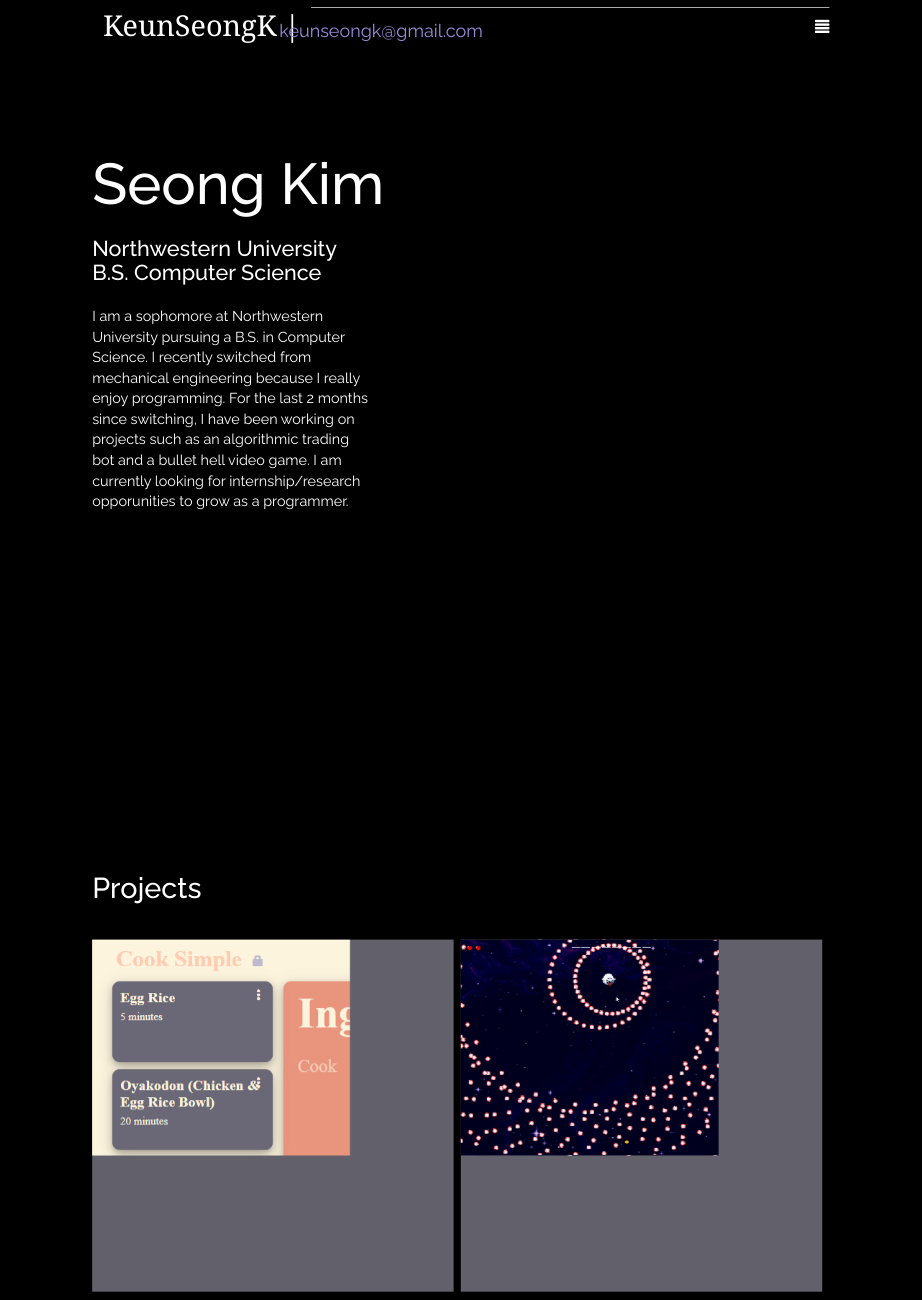
Repository: oqueuo/personal-site
Page: index.html
These files come from the project's save history. The page is drawn as it stood at one moment and after the next save; the edit follows.
The browser window is 1280 px wide. The pictures show the whole page, at 72% of full size.

Above is the page before, as saved 2020-09-21 18:07:12.

### index.html
<!-- Accountability, Balance, Trustworthiness -->
<!DOCTYPE html>
<html lang="en">
  <head>
    <title>Seong Kim</title>
    <meta charset="UTF-8">
    <meta name="viewport" content="width=device-width, initial-scale=1.0">

    <script src="https://ajax.googleapis.com/ajax/libs/jquery/3.5.1/jquery.min.js"></script>
    <script src="https://maxcdn.bootstrapcdn.com/bootstrap/3.4.1/js/bootstrap.min.js"></script>
    <link rel="stylesheet" href="https://maxcdn.bootstrapcdn.com/bootstrap/3.4.1/css/bootstrap.min.css">
    <link rel="stylesheet" href="styles.css">
    <script src="scripts.js"></script>
  </head>

  <body>
    <main>
      <header>
        <h1 id="navbar-brand"><a href="index.html" class="navbar-brand">KeunSeongK |</a></h1>
        <a id="email" href = "mailto: abc@example.com">keunseongk@gmail.com</a>
        <ul>
          <li><span id="pulldown-btn" class="glyphicon glyphicon-align-justify"></span>
            <ul id="nav-pulldown">
              <li class="navbar-item"><a class="nav-link" href=#about></a></li>
              <li class="navbar-item" style="padding-right:100px;"><a class="nav-link" href="resume.html">Resume</a></li>
              <li class="navbar-item"><a class="nav-link" href="https://github.com/oqueuo">GitHub</a></li>
              <li class="navbar-item"><a class="nav-link" href="https://www.linkedin.com/in/seong-kim-a0a989160/">LinkedIn</a></li>
            </ul>
          </li>
        </ul>

      </header>
      <section id="horizontal-line"></section>
        <hr>
      </section>
      <!-- About me -->
      <section id="about">

        <div id="about-text">
          <h1>Seong Kim</h1>
          <h2>Northwestern University<br>B.S. Computer Science</h2>
          <p>I am a sophomore at Northwestern University pursuing
            a B.S. in Computer Science. I recently switched from mechanical engineering
            because I really enjoy programming. For the last 2 months since switching,
            I have been working on projects such as an algorithmic trading bot and a
            bullet hell video game. I am currently looking for internship/research
            opporunities to grow as a programmer.
          </p>
        </div>
      </section>

      <h1 id="projects-header">Projects</h1>

      <!-- Projects: Filled in with JS template -->
      <section id="projects">
      </section>

    </main>
  </body>
  <script>
    render_projects(projects, "#projects");
  </script>
</html>

### styles.css
@import url('https://fonts.googleapis.com/css2?family=Raleway:ital,wght@0,100;0,200;0,300;0,400;0,500;0,600;0,700;0,800;0,900;1,100;1,200;1,300;1,400;1,500;1,600;1,700;1,800;1,900&display=swap');
/* Global styles
------------------------------------*/
* {
    /* Remove Chrome default margins */
    margin: 0 !important;
    font-family: 'Raleway', sans-serif;
}
body {
    background: black;
    display: flex;
    justify-content: center;
}
main {
    position: relative;
    width: 80vw;
    display: block;
    /* background: saddlebrown; */
    margin-left: auto;
    margin-right: auto;
}


/* NAVBAR */
header {
    color: white;
    padding-top: 10px;
    position: relative;
    width: inherit;
}
header>a {
    position: absolute;
    font-size: 25px;
    left: 260px;
    top: 25px;
}
header ul {
    position: absolute;
    top: 25px;
    right: 0px;
}
#navbar-brand {

}
.navbar-brand {
    text-decoration: none;
    font-size: 40px !important;
    color: white;
    font-family: Cambria, Cochin, Georgia, Times, 'Times New Roman', serif !important;
}

.navbar-item {
    display: inline;
    font-size: 25px;
    padding-right: 15px;
}
ul a, #email, .more-info-on-github {
    text-decoration: none;
    color: rgb(153, 140, 218);
}

ul a:hover, #email:hover, .more-info-on-github:hover {
    opacity: 0.8;
}
ul a:active, #email:active, .more-info-on-github:active {
    opacity: 0.7;
}
#horizontal-line {
    width: 100vw;
    left: 0;
}


/* ABOUT */
#about {
    color: white;
    margin-top: 200px !important;
    /* background: royalblue; */
}
#about-text h1 {
    font-family: 'Raleway', sans-serif;
    font-size: 80px;
}
#about-text h2 {
    margin-top: 30px !important;
}
#about p {
    margin-top: 30px !important;
    max-width: 30vw;
    font-size: 20px;
}


/* Projects */

#projects-header {
    font-size: 40px;
    color: white;
    margin-top: 500px !important;
    margin-bottom: 50px !important;
}
#projects {
    display: flex;
    flex-wrap: wrap;
    padding: 0;
    width: 100%;
}
.project-card-container {
    box-sizing: border-box;
    width: 50%;
    height: 500px;
    padding-right: 1%;
    padding-bottom: 1%;
    position: relative;
}
.project-card-gray {
    background-color: rgb(97, 96, 107);
    height: 100%;
    width: 100%;
}
.project-card-content {
    width: 70%;
    height: 60%;
    position: absolute;
    background-size: auto;

    transition: .5s ease;
    backface-visibility: hidden;
}

.project-overlay {
    transition: .5s ease;
    opacity: 0;
    position: absolute;
    top: 50%;
    left: 50%;
    transform: translate(-50%, -50%);
    -ms-transform: translate(-50%, -50%);
}
.project-card:hover .project-card-content {
    opacity: 0.2;
}

.project-card:hover .project-overlay {
opacity: 1;
}


/* Resume */
.resume {
    margin-top: 200px !important;
    background-image: url(backgrounds/resume330.png);
    height: 1000px;
    width: 63%;
}

.three-vertical-dots {
    color: white;
}

@media (max-width: 1300px) {
    /* Recipe pulldown */
    header ul {
        list-style: none;
        z-index: 5;
    }
    span.three-vertical-dots {
        /* Put the three dots on top right corner of recipe card */
        position: absolute;
        top: 10px;
        right: 10px;
    }
    .three-vertical-dots li:active {
        color: rgb(255, 239, 218);
    }
    #pulldown-btn {
        cursor: pointer;
        font-size: 20px;
    }
    ul #nav-pulldown {
        display: none;
        background-color: rgb(253, 244, 222);
        border: 1px solid #333;
        border-radius: 4px;
        width: 90px;
        padding: 5px;
        position: absolute;
        top: 30px;
        right: 10px;
        text-align: end;
    }
    ul #nav-pulldown li {
        color: #333;
        display: block;
        block-size: auto;
    }
    header>ul>li:hover #nav-pulldown {
        display: block;
    }
    ul #nav-pulldown a {
        color: rgb(76, 74, 83);
        font-size: 15px;
    }
}

### scripts.js
var projects = [
    {
        title: "Cook Simple",
        description: "A minimalist recipe storage app for computers and mobile devices.",
        cover: "backgrounds/cook-simple.png"
    },
    {
        title: "Boollet Hell",
        description: "A Bullet Hell shooter game. Inspired by popular bullet hell shooters from Japan",
        cover: "backgrounds/boollet-hell.png"
    }
]
let more_info_on_my_github = "More info on <a class='more-info-on-github' href='https://github.com/oqueuo'>GitHub</a>"


function render_projects(projects, projects_id) {
    let project_case = document.querySelector(projects_id);
    if (project_case) {
        if (projects instanceof Array) {
            for (let project of projects) {
                let template = `
                <div class="project-card-content" style="background-image: url(${project.cover});"></div>
                <div class="project-overlay">
                    <p>${project.description}<br><br></p>
                    ${more_info_on_my_github}
                </div>`;

                let project_card_container = document.createElement("div");
                project_card_container.className = "project-card-container";
                project_card_container.innerHTML = `
                <div class="project-card-gray">
                    <div class="project-card">${template}</div>
                </div>
                `
                project_case.append(project_card_container);
            }
        }
    }
}

const show_project_info = (el) => {

}

After the next save:
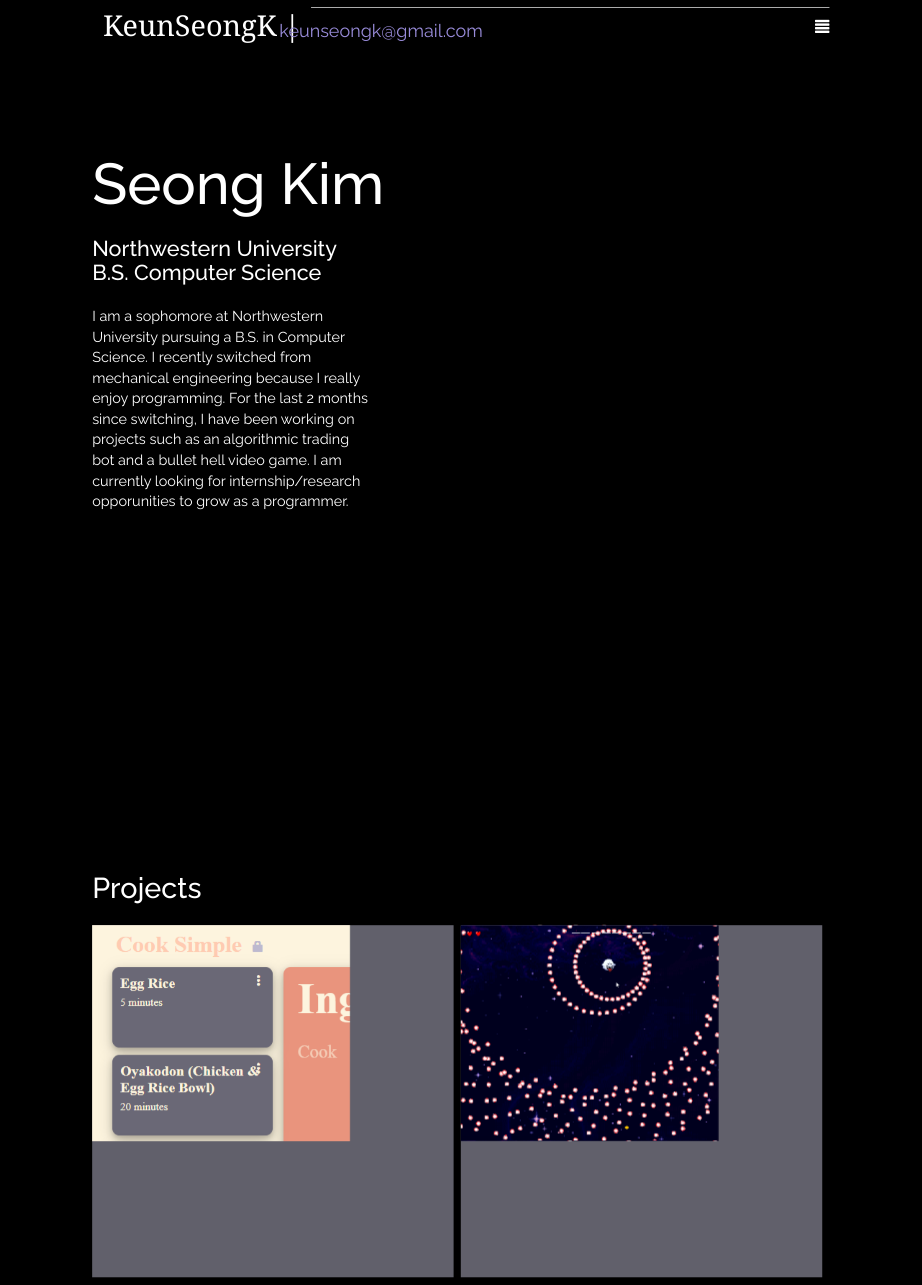
Saved 9 s later.
--- a/styles.css
+++ b/styles.css
@@ -97,7 +97,7 @@ ul a:active, #email:active, .more-info-on-github:active {
     font-size: 40px;
     color: white;
     margin-top: 500px !important;
-    margin-bottom: 50px !important;
+    margin-bottom: 30px !important;
 }
 #projects {
     display: flex;
